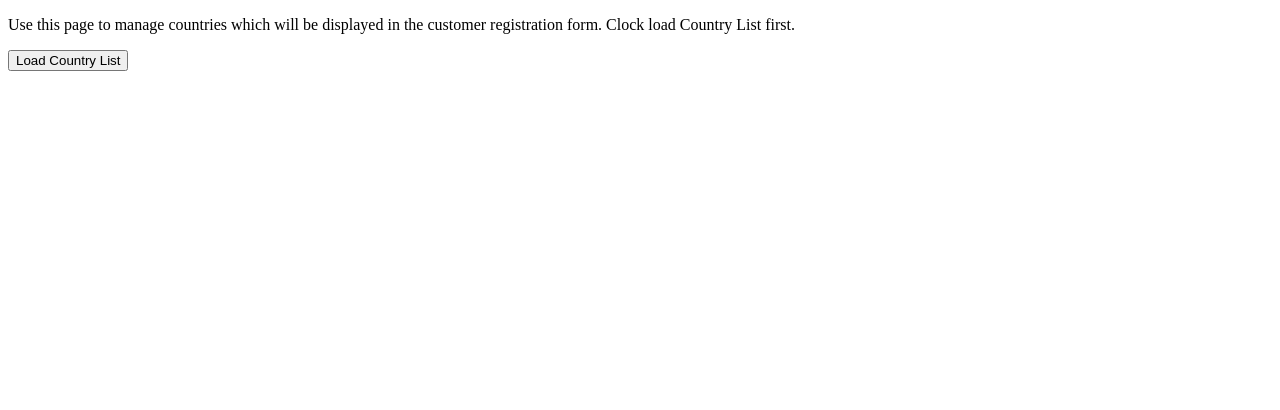
Repository: phongdz-cloud/SpringBoot-Ecommerce
Page: http://localhost/settings/states
These files come from the project's save history. The page is drawn as it stood at one moment and after the next save; the edit follows.
The browser window is 1280 px wide. The pictures show the whole page.
The page is this project's Thymeleaf template; nobody is signed in. The template is opened directly, without the code that normally fills it, so the values that code supplies are empty.

Above is the page before, as saved 2022-01-07 02:31:29.

### ShopmeProject/ShopmeWebParent/ShopmeBackend/src/main/resources/templates/settings/states.html
<!DOCTYPE html>
<html xmlns:th="http://www.thymleaf.org">

<body>
	<div th:fragment="content" th:remove="tag">
		<div>
			<p>
					Use this page to manage countries which will be displayed in the customer registration form.
					Clock load Country List first.
			</p>
			<div>
				<input type="button" value= "Load Country List" class="btn btn-primary" />
			</div>
		</div>
	</div>
</body>
</html>

After the next save:
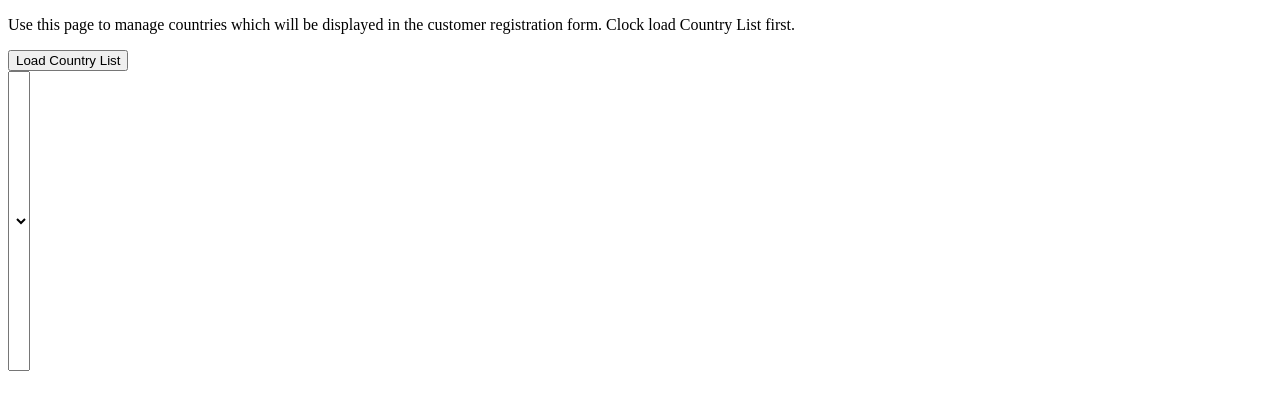
Saved 72 s later.
--- a/ShopmeProject/ShopmeWebParent/ShopmeBackend/src/main/resources/templates/settings/states.html
+++ b/ShopmeProject/ShopmeWebParent/ShopmeBackend/src/main/resources/templates/settings/states.html
@@ -5,13 +5,19 @@
 	<div th:fragment="content" th:remove="tag">
 		<div>
 			<p>
-					Use this page to manage countries which will be displayed in the customer registration form.
-					Clock load Country List first.
+				Use this page to manage countries which will be displayed in the customer registration form.
+				Clock load Country List first.
 			</p>
-			<div>
-				<input type="button" value= "Load Country List" class="btn btn-primary" />
-			</div>
+		</div>
+		<div>
+			<input type="button" value="Load Country List" class="btn btn-primary" />
+		</div>
+		<div>
+			<select class="form-control" style="height: 300px">
+
+			</select>
 		</div>
 	</div>
 </body>
+
 </html>
